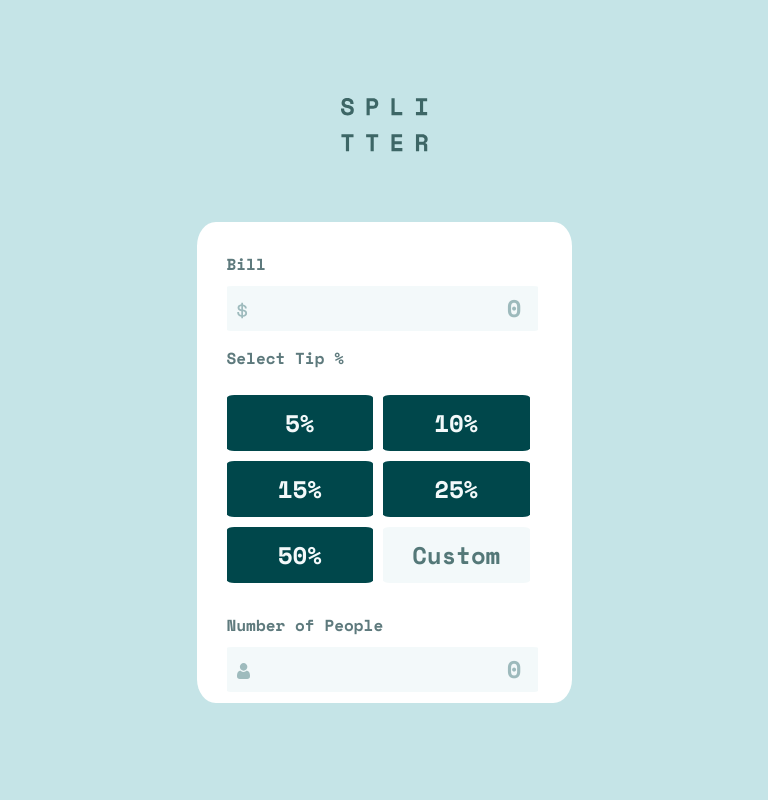
Repository: Arkitecth/tip-calculator
Page: index.html
An editor plug-in stored every save of this project. The page is shown before and after the next save, followed by the edit.
The browser window is 768 px wide. The pictures show the whole page.

Above is the page before, as saved 2023-06-09 19:57:47.

After the next save:
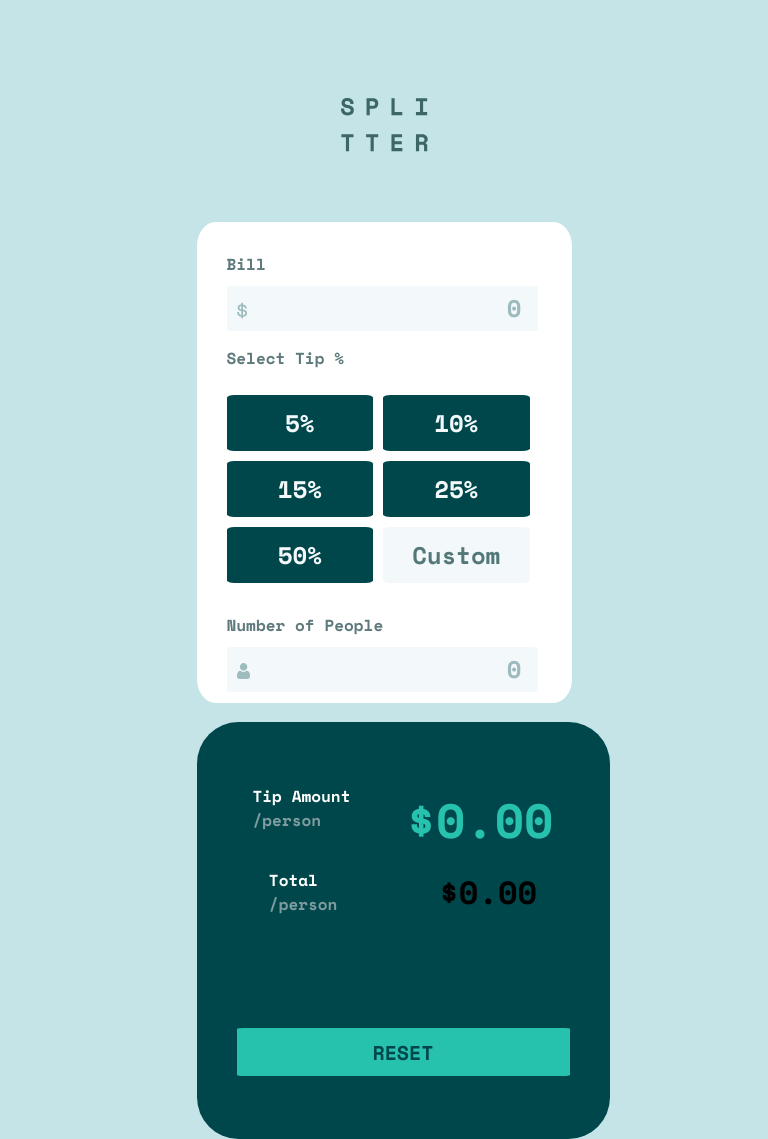
Saved 17 s later.
--- a/styles.css
+++ b/styles.css
@@ -214,6 +214,6 @@
         transform: translateY(20px);
     }
     .result {
-        display: none;
-    }
-}
+        grid-row: 2;
+    }
+}
